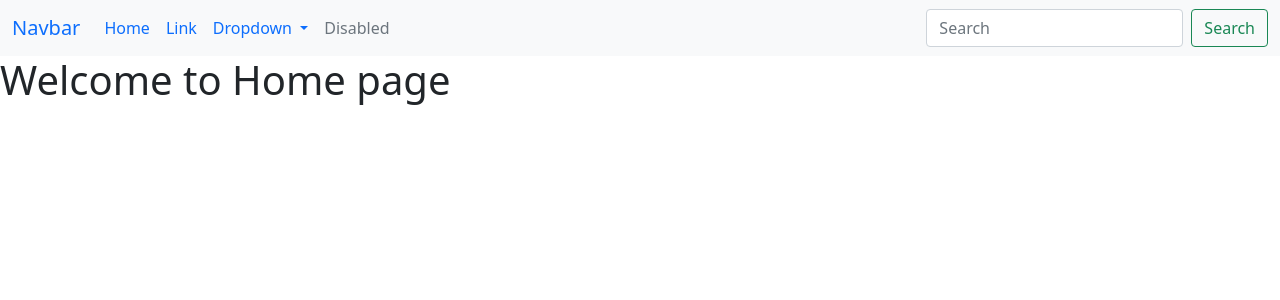
Repository: kiruriluap/COMP229-M2022-Labs
Page: http://localhost/
The author's editor kept a copy of each file at every save. The page is drawn from the files as they stood at one save, then again after the next save.
The browser window is 1280 px wide. The pictures show the whole page.
The page is served by the project's Node server (server.js). Other server files are loaded and not shown.

Above is the page before, as saved 2022-05-28 17:17:55.

### week3-6 Partials - Copy - Copy/views/index.ejs
<!DOCTYPE html>
<html lang="en">
<head>
  <meta charset="UTF-8">
  <meta http-equiv="X-UA-Compatible" content="IE=edge">
  <meta name="viewport" content="width=device-width, initial-scale=1.0">
  <title><%= title %></title>
<!-- CSS Section -->
<link rel="stylesheet" href="/bootstrap/dist/css/bootstrap.min.css">
<link rel="stylesheet" href="/@fortawesome/fontawesome-free/css/all.min.css">
  <link rel='stylesheet' href='/content/app.css' />
</head>
<body>
  <!-- Main Navigator -->
  <nav class="navbar navbar-expand-lg bg-light">
    <div class="container-fluid">
      <a class="navbar-brand" href="#">Navbar</a>
      <button class="navbar-toggler" type="button" data-bs-toggle="collapse" data-bs-target="#navbarSupportedContent" aria-controls="navbarSupportedContent" aria-expanded="false" aria-label="Toggle navigation">
        <span class="navbar-toggler-icon"></span>
      </button>
      <div class="collapse navbar-collapse" id="navbarSupportedContent">
        <ul class="navbar-nav me-auto mb-2 mb-lg-0">
          <li class="nav-item">
            <a class="nav-link active" aria-current="page" href="#">Home</a>
          </li>
          <li class="nav-item">
            <a class="nav-link" href="#">Link</a>
          </li>
          <li class="nav-item dropdown">
            <a class="nav-link dropdown-toggle" href="#" id="navbarDropdown" role="button" data-bs-toggle="dropdown" aria-expanded="false">
              Dropdown
            </a>
            <ul class="dropdown-menu" aria-labelledby="navbarDropdown">
              <li><a class="dropdown-item" href="#">Action</a></li>
              <li><a class="dropdown-item" href="#">Another action</a></li>
              <li><hr class="dropdown-divider"></li>
              <li><a class="dropdown-item" href="#">Something else here</a></li>
            </ul>
          </li>
          <li class="nav-item">
            <a class="nav-link disabled">Disabled</a>
          </li>
        </ul>
        <form class="d-flex" role="search">
          <input class="form-control me-2" type="search" placeholder="Search" aria-label="Search">
          <button class="btn btn-outline-success" type="submit">Search</button>
        </form>
      </div>
    </div>
  </nav>
  <h1>Welcome to <%= title %> page</h1>


<!-- Script Section -->
<script src="/jquery/dist/jquery.min.js"></script>
<script src="/bootstrap/dist/js/bootstrap.min.js"></script>
    <script src="/Scripts/app.js"></script>
</body>
</html>

### week3-6 Partials - Copy - Copy/server.js
#!/usr/bin/env node

/**
 * Module dependencies.
 */

var app = require('./app');
var debug = require('debug')('week3-2:server');
var http = require('http');

/**
 * Get port from environment and store in Express.
 */

var port = normalizePort(process.env.PORT || '3000');
app.set('port', port);

/**
 * Create HTTP server.
 */

var server = http.createServer(app);

/**
 * Listen on provided port, on all network interfaces.
 */

server.listen(port);
server.on('error', onError);
server.on('listening', onListening);

/**
 * Normalize a port into a number, string, or false.
 */

function normalizePort(val) {
  var port = parseInt(val, 10);

  if (isNaN(port)) {
    // named pipe
    return val;
  }

  if (port >= 0) {
    // port number
    return port;
  }

  return false;
}

/**
 * Event listener for HTTP server "error" event.
 */

function onError(error) {
  if (error.syscall !== 'listen') {
    throw error;
  }

  var bind = typeof port === 'string'
    ? 'Pipe ' + port
    : 'Port ' + port;

  // handle specific listen errors with friendly messages
  switch (error.code) {
    case 'EACCES':
      console.error(bind + ' requires elevated privileges');
      process.exit(1);
      break;
    case 'EADDRINUSE':
      console.error(bind + ' is already in use');
      process.exit(1);
      break;
    default:
      throw error;
  }
}

/**
 * Event listener for HTTP server "listening" event.
 */

function onListening() {
  var addr = server.address();
  var bind = typeof addr === 'string'
    ? 'pipe ' + addr
    : 'port ' + addr.port;
  debug('Listening on ' + bind);
}

### week3-6 Partials - Copy - Copy/routes/index.js
var express = require('express');
var router = express.Router();

/* GET Home page. */
router.get('/', function(req, res, next) {
  res.render('index', { title: 'Home' });
});

/* GET Home page. */
router.get('/home', function(req, res, next) {
  res.render('index', { title: 'Home' });
});

/* GET About Me page. */
router.get('/about', function(req, res, next) {
  res.render('index', { title: 'About' });
});

/* GET Projects page. */
router.get('/projects', function(req, res, next) {
  res.render('index', { title: 'Projects' });
});

/* GET Services page. */
router.get('/services', function(req, res, next) {
  res.render('index', { title: 'Services' });
});

/* GET Contact page. */
router.get('/Contact', function(req, res, next) {
  res.render('index', { title: 'Contact' });
});

module.exports = router;

### week3-6 Partials - Copy - Copy/app.js
//installed 3rd party packages
let createError = require('http-errors');
let express = require('express');
let path = require('path');
let cookieParser = require('cookie-parser');
let logger = require('morgan');

let indexRouter = require('./routes/index');
let usersRouter = require('./routes/users');

let app = express();

// view engine setup
app.set('views', path.join(__dirname, 'views'));
app.set('view engine', 'ejs');//express -e

app.use(logger('dev'));
app.use(express.json());
app.use(express.urlencoded({ extended: false }));
app.use(cookieParser());
app.use(express.static(path.join(__dirname, 'public')));
app.use(express.static(path.join(__dirname, 'node_modules')));

app.use('/', indexRouter);
app.use('/users', usersRouter);

// catch 404 and forward to error handler
app.use(function(req, res, next) {
  next(createError(404));
});

// error handler
app.use(function(err, req, res, next) {
  // set locals, only providing error in development
  res.locals.message = err.message;
  res.locals.error = req.app.get('env') === 'development' ? err : {};

  // render the error page
  res.status(err.status || 500);
  res.render('error');
});

module.exports = app;

### week3-6 Partials - Copy - Copy/public/Scripts/app.js
//IIFE --Immedistely involved function expression
(function(){

function start()
{
console.log("App started........");
}

window.addEventListener("load", start);

})();

### week3-6 Partials - Copy - Copy/public/Content/app.css
/* custom css goes here */

After the next save:
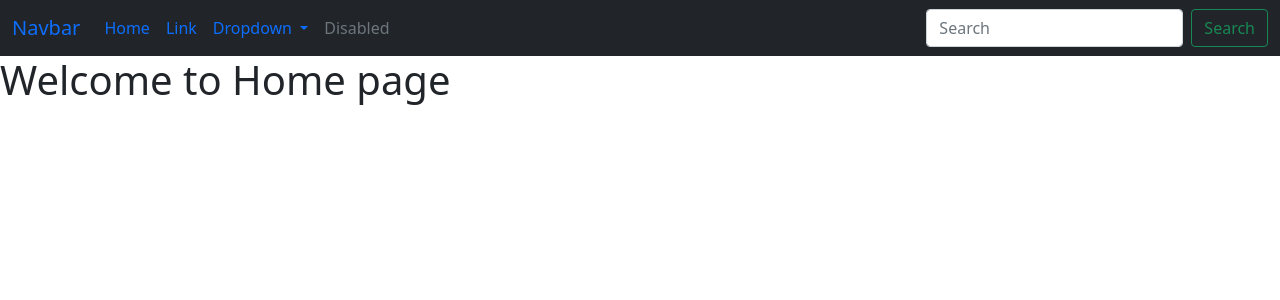
Saved 35 s later.
--- a/week3-6 Partials - Copy - Copy/views/index.ejs
+++ b/week3-6 Partials - Copy - Copy/views/index.ejs
@@ -12,7 +12,7 @@
 </head>
 <body>
   <!-- Main Navigator -->
-  <nav class="navbar navbar-expand-lg bg-light">
+  <nav class="navbar navbar-expand-lg bg-dark">
     <div class="container-fluid">
       <a class="navbar-brand" href="#">Navbar</a>
       <button class="navbar-toggler" type="button" data-bs-toggle="collapse" data-bs-target="#navbarSupportedContent" aria-controls="navbarSupportedContent" aria-expanded="false" aria-label="Toggle navigation">
